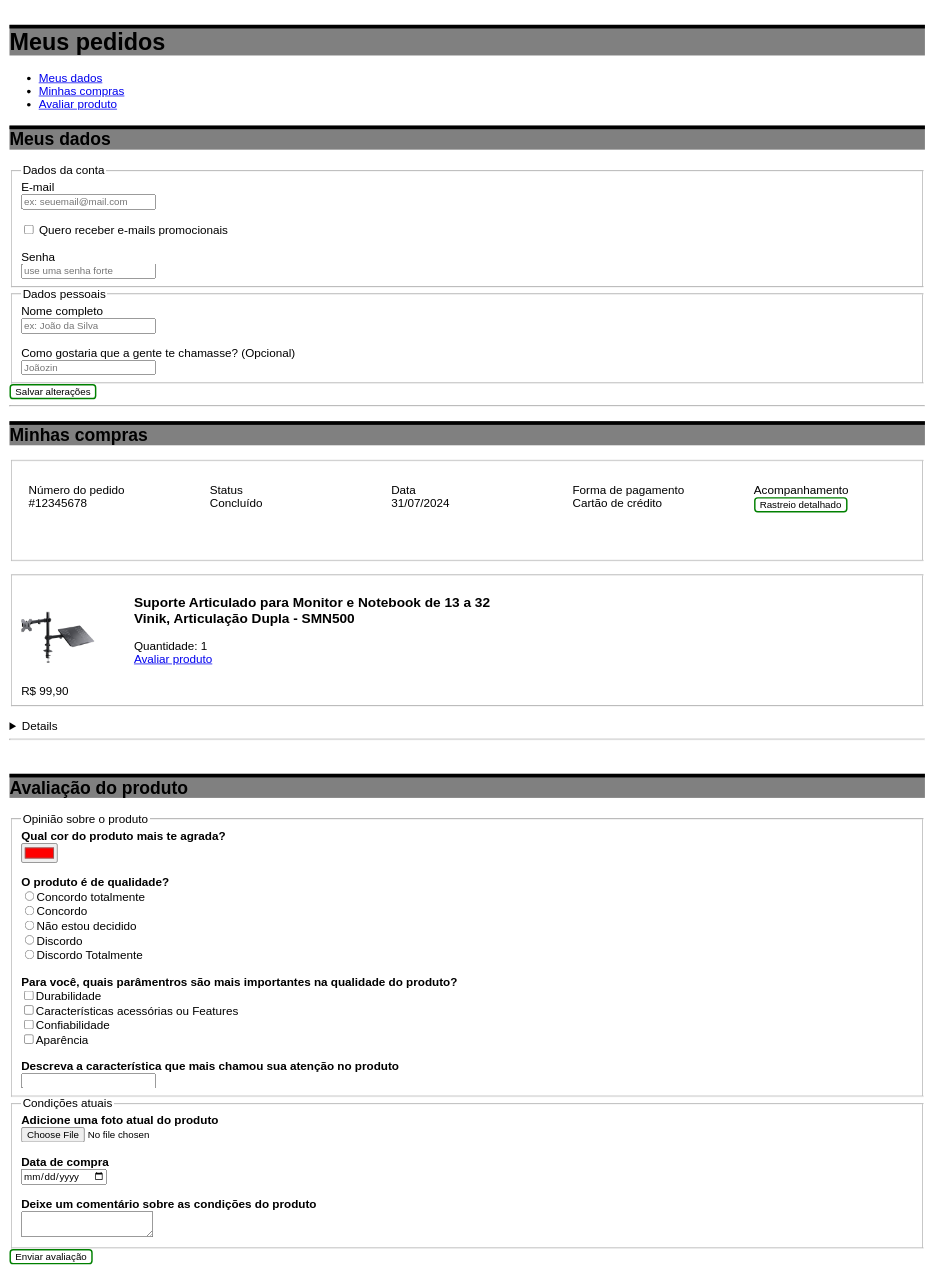
Repository: claudemir-camargo/site-compras
Page: index.html
The author's editor kept a copy of each file at every save. The page is drawn from the files as they stood at one save, then again after the next save.
The browser window is 1280 px wide. The pictures show the whole page, at 73% of full size.

Above is the page before, as saved 2024-03-10 01:08:26.

### index.html
<!DOCTYPE html>
<html lang="en">

<head>
    <meta charset="UTF-8">
    <meta name="viewport" content="width=device-width, initial-scale=1.0">
    <link rel="stylesheet" type="text/css" href="css/style.css" />
    <title>Site de Compras</title>
</head>

<body>
    <h1>Meus pedidos</h1>
    <ul>
        <li><a href="#meus-dados">Meus dados</a></li>
        <li><a href="#minhas-compras">Minhas compras</a></li>
        <li><a href="#avaliacao-produto">Avaliar produto</a></li>
    </ul>
    <h2 id="meus-dados">Meus dados</h2>
    <!-- Conta -->
    <fieldset>
        <legend>Dados da conta</legend>
        <form>
            <label>E-mail</label><br>
            <input type="email" id="email" name="email" placeholder="ex: seuemail@mail.com"><br><br>
            <input type="checkbox">
            <label>Quero receber e-mails promocionais</label><br><br>
            <label>Senha</label><br>
            <input type="password" placeholder="use uma senha forte">
        </form>
    </fieldset>
    <!-- Pessoais -->
    <fieldset>
        <legend>Dados pessoais</legend>
        <form>
            <label>Nome completo</label><br>
            <input type="text" placeholder="ex: João da Silva"><br><br>
            <label>Como gostaria que a gente te chamasse? (Opcional) </label><br>
            <input type="text" placeholder="Joãozin">
        </form>
    </fieldset>
    <button type="button">Salvar alterações</button>
    <hr>
    <!-- Minhas compras -->
    <h2 id="minhas-compras">Minhas compras</h2>
    <fieldset>
        <div class="container">
            <div id="div1">
                <p>Número do pedido<br>#12345678</p>
            </div>
            <div id="div2">
                <p>Status<br>Concluído</p>
            </div>
            <div id="div3">
                <p>Data<br>31/07/2024</p>
            </div>
            <div id="div4">
                <p>Forma de pagamento<br>Cartão de crédito</p>
            </div>
            <div id="div5">
                <p>Acompanhamento<br><a href="#rastreioModal"><button>Rastreio detalhado</button></a></p>
            </div>
        </div>
    </fieldset>
    <div id="rastreioModal" class="modal">
        <h2>Rastreio detalhado</h2>
        <p>Seu pedido foi entregue com sucesso!<br>
            Entregue por: GFL<br>
            Código de rasteeio: 123456789<br>
            Entregue em: 31/07/2024<br>
        </p>
        <a href="#">Fechar</a>
    </div>

    <!-- Produto -->
    <br>
    <fieldset>
        <div class="container1">
            <div class="imagem"><img src="img/suporte.jpg" alt="Suporte"></div>
        <div class="produto">
            <h3>
                <p>Suporte Articulado para Monitor e Notebook de 13 a 32 Vinik,
                    Articulação Dupla - SMN500</p>
            </h3>
            Quantidade: 1<br>
            <a href="#avaliacao-produto">Avaliar produto</a><br>
        </div>
        <div class="preco">R$ 99,90</div>
        </div>
    </fieldset>
    <br>
    <details tag="Detalhes de Envio e Pagamento">
        <p></p>
        <strong>Endereço de entrega</strong><br>
        Avenida Estelita Falcão<br>
        Número 12, Centro<br>
        CEP 48170-970 - Itapetininga/São Paulo
        <br><br>
        <strong>Forma de Pagamento</strong><br>
        Cartão de crédito<br>
        Master Card **** **** **** 1234<br>
        Titular: Claudemir Camargo
        <br><br>
        <strong>Frete</strong>
        R$ 15,50<br>
        Enviado por GFL<br>
        Entregue
    </details>
    <hr>
    <br>
    <form>
        <h2 id="avaliacao-produto">Avaliação do produto</h2>
        <fieldset>
            <legend>Opinião sobre o produto</legend>
            <label><strong>Qual cor do produto mais te agrada?</strong></label><br>
            <input type="color" value="#ff0000"><br><br>
            <label><strong>O produto é de qualidade?</strong></label><br>
            <input type="radio" name="qualidade"><label>Concordo totalmente</label><br>
            <input type="radio" name="qualidade"><label>Concordo</label><br>
            <input type="radio" name="qualidade"><label>Não estou decidido</label><br>
            <input type="radio" name="qualidade"><label></label>Discordo</label><br>
            <input type="radio" name="qualidade"><label></label>Discordo Totalmente</label>
            <br><br>
            <label><strong>Para você, quais parâmentros são mais importantes na qualidade do
                    produto?</strong></label><br>
            <input type="checkbox"><label>Durabilidade</label><br>
            <input type="checkbox"><label>Características acessórias ou Features</label><br>
            <input type="checkbox"><label>Confiabilidade</label><br>
            <input type="checkbox"><label>Aparência</label>
            <br><br>
            <label><strong>Descreva a característica que mais chamou sua atenção no produto</strong></label><br>
            <input list="browsers" name="browser" id="browser">
            <datalist id="browsers">
                <option value="Cor">
                <option value="Tamanho">
                <option value="Peso">
                <option value="Material">
            </datalist>
        </fieldset>
        <fieldset>
            <legend>Condições atuais</legend>
            <label><strong>Adicione uma foto atual do produto</strong></label><br>
            <input type="file">
            <br><br>
            <label><strong>Data de compra</strong></label><br>
            <input type="date">
            <br><br>
            <label><strong>Deixe um comentário sobre as condições do produto</strong></label><br>
            <textarea name="comentario"></textarea>
        </fieldset>
        <button type="button">Enviar avaliação</button>
    </form>
</body>

</html>

### css/style.css
* {
    font-family: Arial, Helvetica, sans-serif;
}

h1, h2 {
    border-top: 5px solid black;
    background-color: gray;
}

img {
    height: 70px;
    width: 100px;
}

body{
    background-color: lightskyblue
    margin: 5px;
    padding: 5px;
}

button {
    background-color:white;
    border: 2px solid green;
    border-radius: 5px;

}

.container {
    display: flex;
    gap: 20px;
}

#div1, #div2, #div3, #div4, #div5 {
    flex: 1;
    width: 100px;
    height: 100px;
    display: inline-block;
    padding: 10px;
}

.container1 {
    display: inline-block;
    /*gap: 33px;*/
}

#imagem, #produto, #preco {
    flex: 1;
    display: inline;
    padding: 10px;
}

.imagem {
    width: 150px;
    height: 100px;
    display: inline-block;
}

.produto {
    width: 500px;
    height: 100px;
    display: inline-block;
}

.modal {
    display: none;
    position: fixed;
    top: 50%;
    left: 50%;
    transform: translate(-50%, -50%);
    background-color: #f9f9f9;
    padding: 20px;
    border: 1px solid #ccc;
    box-shadow: 0 2px 10px rgba(0, 0, 0, 0.1);
    z-index: 1000;
}

.modal:target {
    display: block;
}

After the next save:
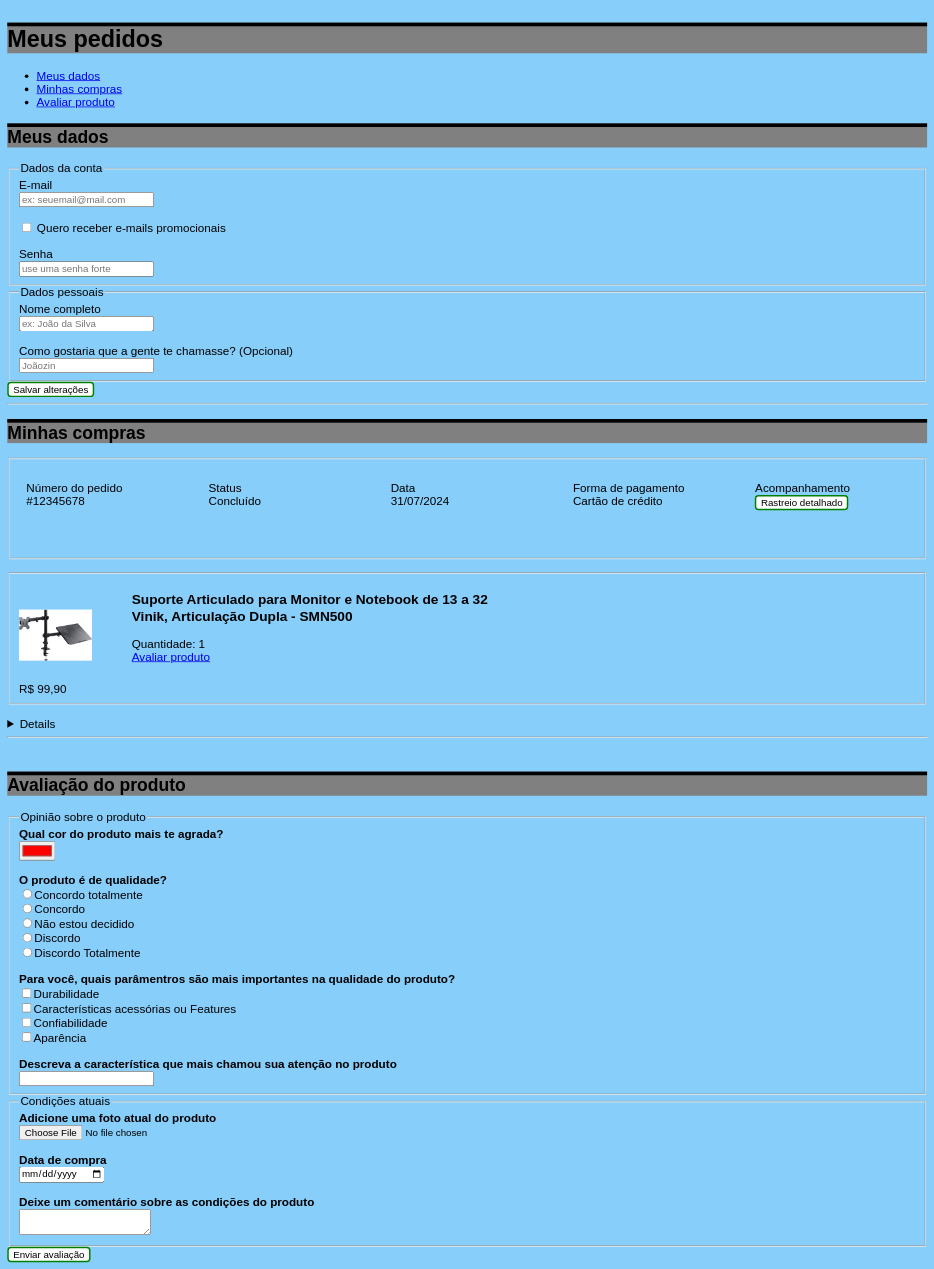
Saved 20 s later.
--- a/css/style.css
+++ b/css/style.css
@@ -13,7 +13,7 @@ img {
 }
 
 body{
-    background-color: lightskyblue
+    background-color: lightskyblue;
     margin: 5px;
     padding: 5px;
 }
